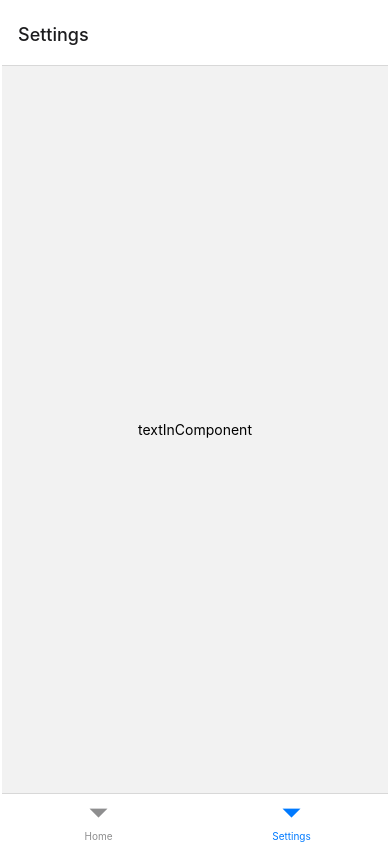
Repository: anxbt/FireWallsClone
Screen: /Settings
An editor plug-in stored every save of this project. The screen is shown before and after the next save, followed by the edit.
The app was drawn by React Native's web renderer in a window 390 px wide. The project was rebuilt for these pictures with package versions that can differ from the ones it lists, and the page was loaded fresh each time.

Above is the screen before, as saved 2023-11-16 21:41:42.

### App.js
// import { StatusBar } from 'expo-status-bar';
// import { StyleSheet, Text, View } from 'react-native';
// import Bottom from "./Components/Bottom"

// export default function App() {
//   return (
//     <View style={styles.container}>
//       <Bottom/>
//       <Text>Open up App.js to start working on your app!</Text>
//       <StatusBar style="auto" />
//     </View>
//   );
// }

// const styles = StyleSheet.create({
//   container: {
//     flex: 1,
//     backgroundColor: '#fff',
//     alignItems: 'center',
//     justifyContent: 'center',
//   },
// });


import * as React from 'react';
import { StyleSheet, Text, View } from 'react-native'
import { createBottomTabNavigator } from '@react-navigation/bottom-tabs';
import HomeScreen from './Components/HomeScreen';
import SettingsScreen from './Components/SettingsScreen';
import {NavigationContainer} from '@react-navigation/native';


const Tab = createBottomTabNavigator();

export default function App() {
  return (
    <NavigationContainer>
    <View style={{ flex:1,padding:2}}>

       <Tab.Navigator>
      <Tab.Screen name="Home" component={HomeScreen} />
      <Tab.Screen name="Settings" component={SettingsScreen} />
    </Tab.Navigator>

    </View>
  </NavigationContainer>
  )
}

const styles = StyleSheet.create({})

### Components/HomeScreen.js
import React from 'react'
import { View, Text } from 'react-native'

export default function HomeScreen() {
    return (
        <View style={{ flex: 1, justifyContent: 'center', alignItems: 'center' }}>
            <Text>Home</Text>
        </View>
    )
}

### Components/SettingsScreen.js
import React, { Component } from 'react'
import { Text, View } from 'react-native'

export default class SettingsScreen extends Component {
    render() {
        return (
            <View style={{ flex: 1, justifyContent: 'center', alignItems: 'center' }}>
                <Text> textInComponent </Text>
            </View>
        )
    }
}

After the next save:
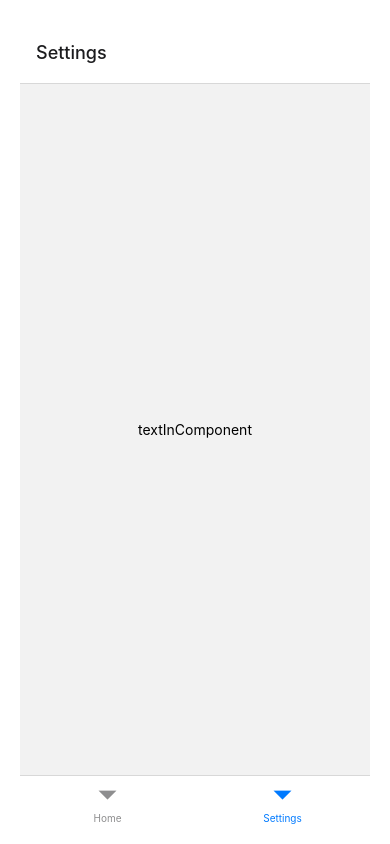
Saved 7 s later.
--- a/App.js
+++ b/App.js
@@ -35,7 +35,7 @@
 export default function App() {
   return (
     <NavigationContainer>
-    <View style={{ flex:1,padding:2}}>
+    <View style={{ flex:1,padding:20}}>
 
        <Tab.Navigator>
       <Tab.Screen name="Home" component={HomeScreen} />

After the save that followed:
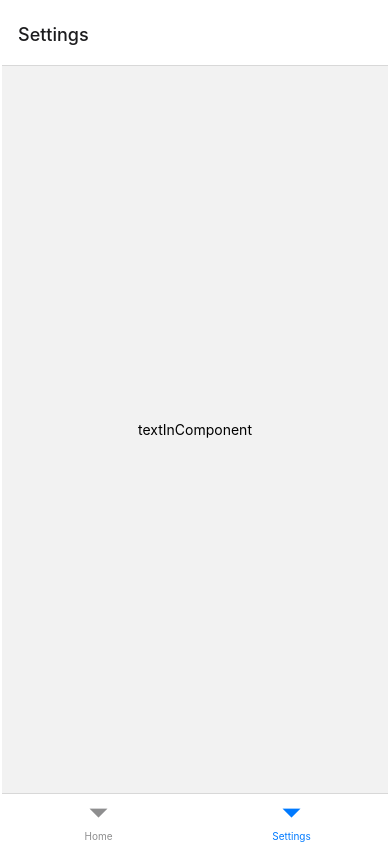
Saved 5 s later.
--- a/App.js
+++ b/App.js
@@ -35,7 +35,7 @@
 export default function App() {
   return (
     <NavigationContainer>
-    <View style={{ flex:1,padding:20}}>
+    <View style={{ flex:1,padding:2}}>
 
        <Tab.Navigator>
       <Tab.Screen name="Home" component={HomeScreen} />
